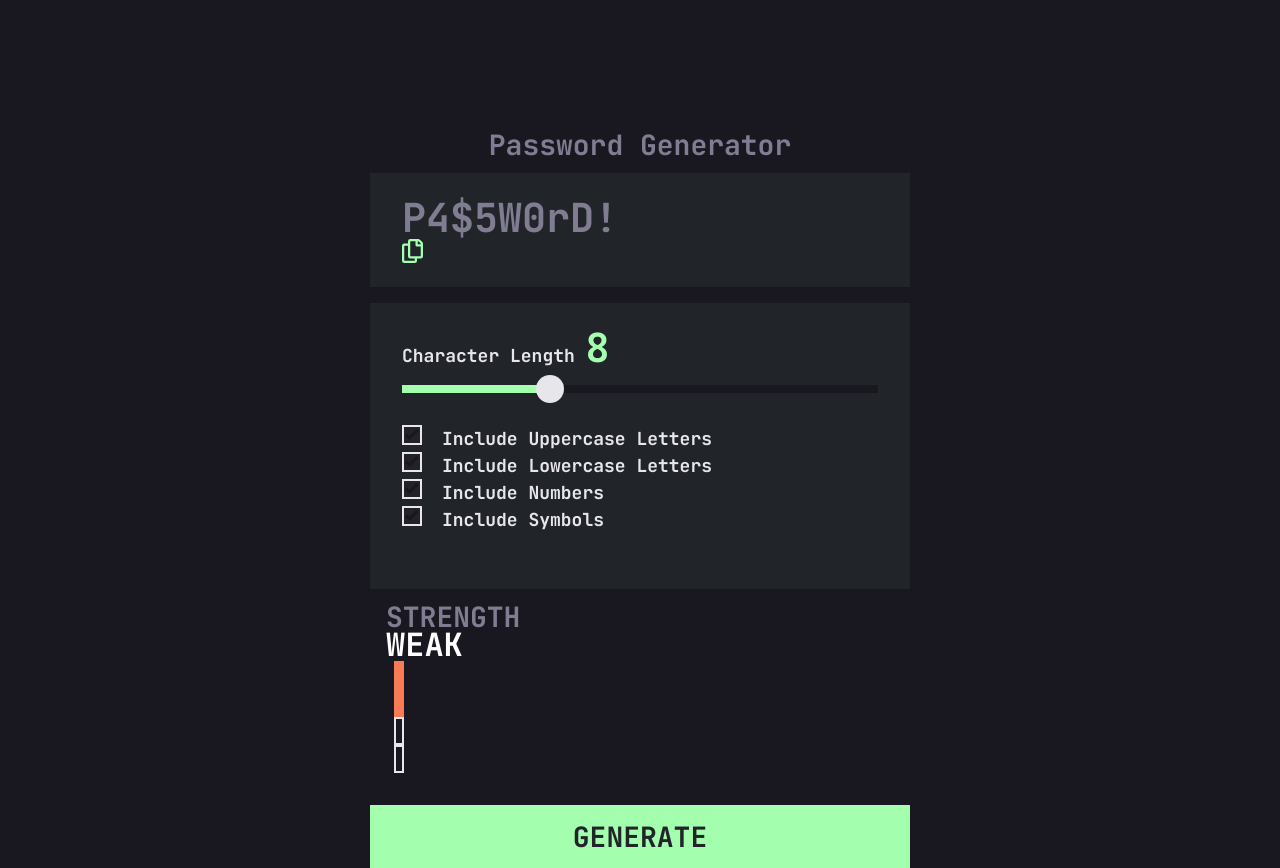
Repository: blordeus/password-generator-app
Page: starter-code/index.html
These files come from the project's save history. The page is drawn as it stood at one moment and after a run of saves; the edit follows.
The browser window is 1280 px wide. The pictures show the whole page.

Above is the page before, as saved 2023-10-05 20:22:22.

After the next 5 saves:
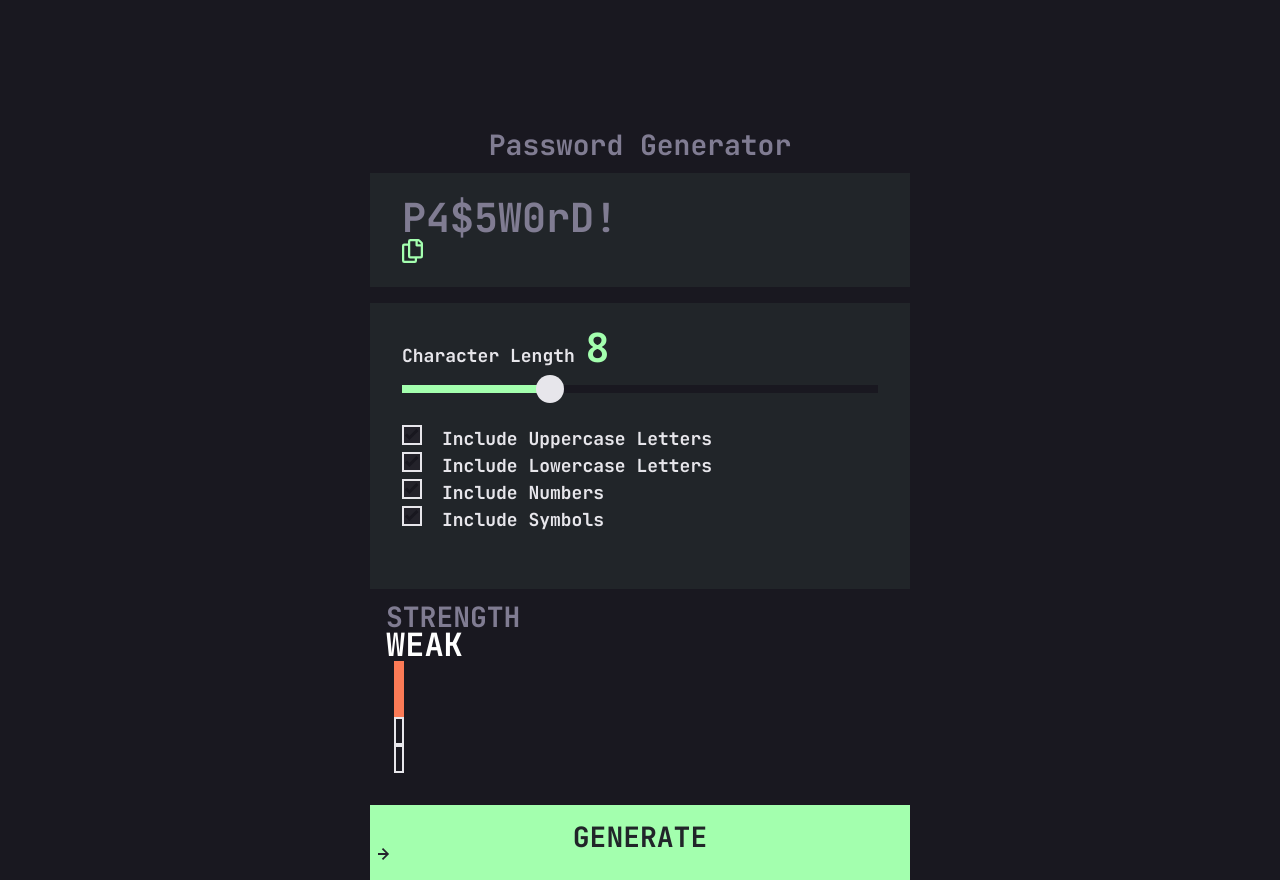
The 5 saves are shown as one change because they came seconds apart.
The last was saved 29 s later.
--- a/starter-code/index.html
+++ b/starter-code/index.html
@@ -62,7 +62,7 @@
         <div id="bar4" class="bars bar4"></div>
       </div>
     </div>
-    <button id="generateBtn" class="uppercase fs-3 bg-green text-dark button">Generate</button>
+    <button id="generateBtn" class="uppercase fs-3 bg-green text-dark button">Generate <img src="./assets/images/icon-arrow-right.svg" alt=""></button>
 </main>
 
 </body>
